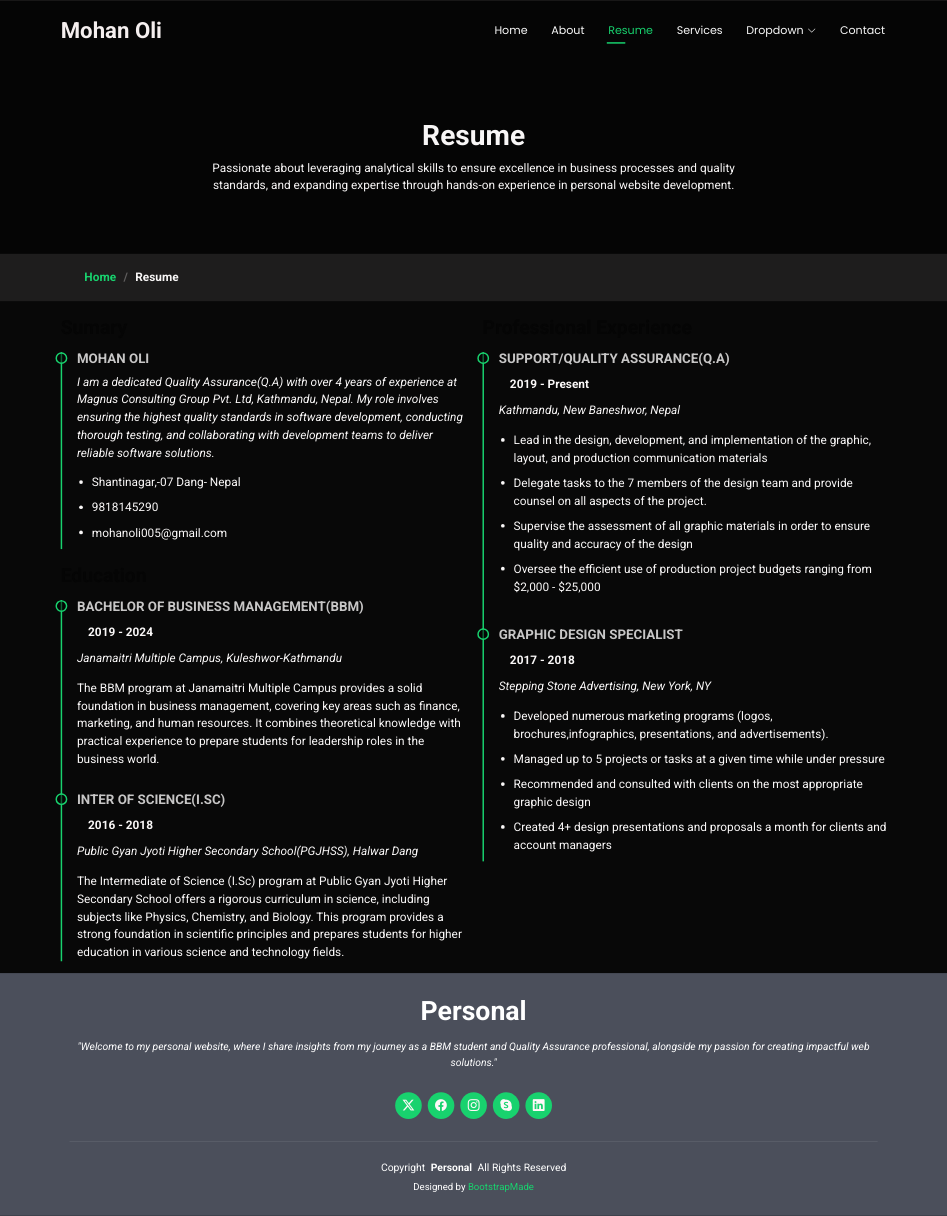
Repository: Mohanoli/mohan-git
Page: resume.html
These files come from the project's save history. The page is drawn as it stood at one moment and after the next save; the edit follows.
The browser window is 1280 px wide. The pictures show the whole page, at 74% of full size.

Above is the page before, as saved 2024-08-12 16:21:44.

After the next save:
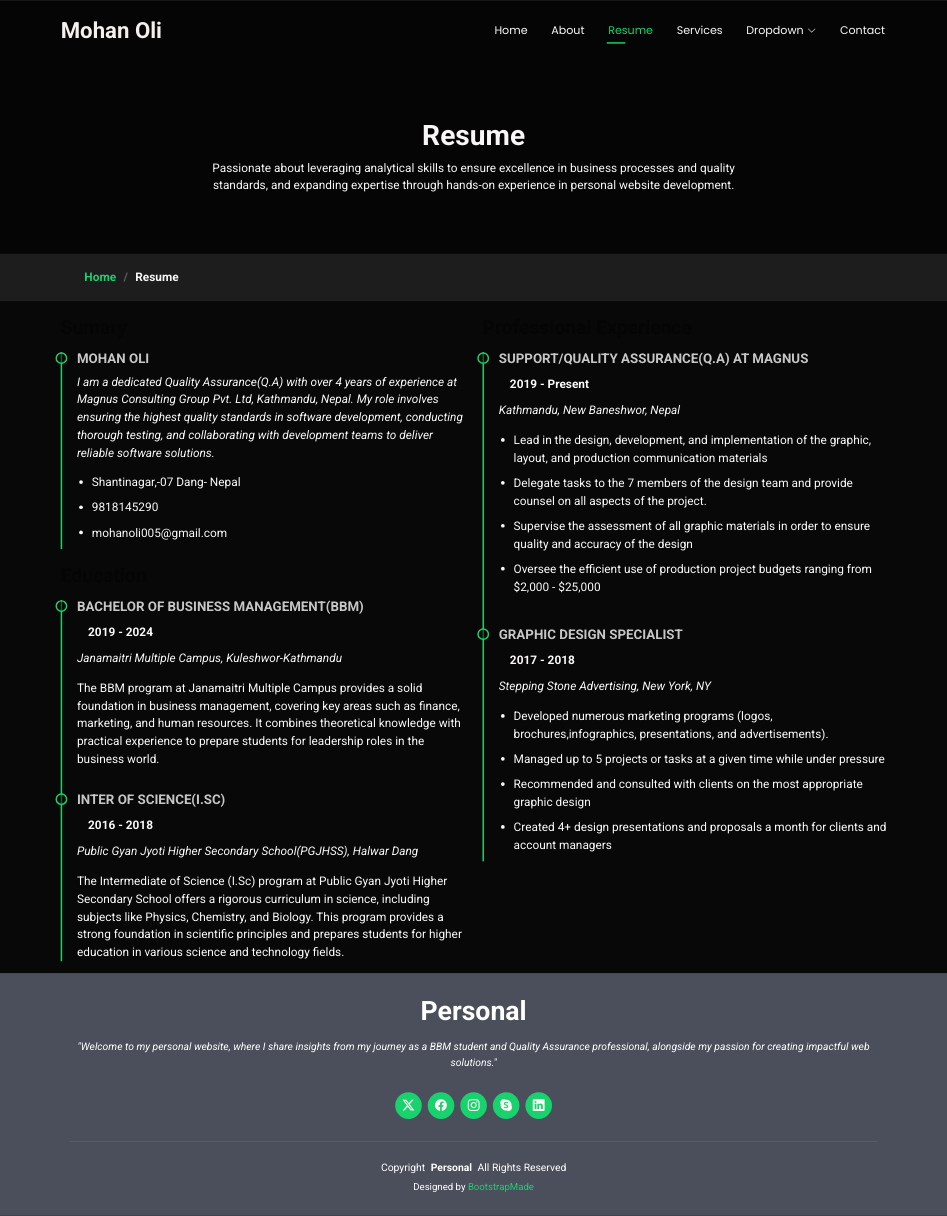
Saved 65 s later.
--- a/resume.html
+++ b/resume.html
@@ -143,7 +143,7 @@
           <div class="col-lg-6" data-aos="fade-up" data-aos-delay="200">
             <h3 class="resume-title">Professional Experience</h3>
             <div class="resume-item">
-              <h4>Support/Quality Assurance(Q.A)</h4>
+              <h4>Support/Quality Assurance(Q.A) at Magnus</h4>
               <h5>2019 - Present</h5>
               <p><em>Kathmandu, New Baneshwor, Nepal </em></p>
               <ul>
